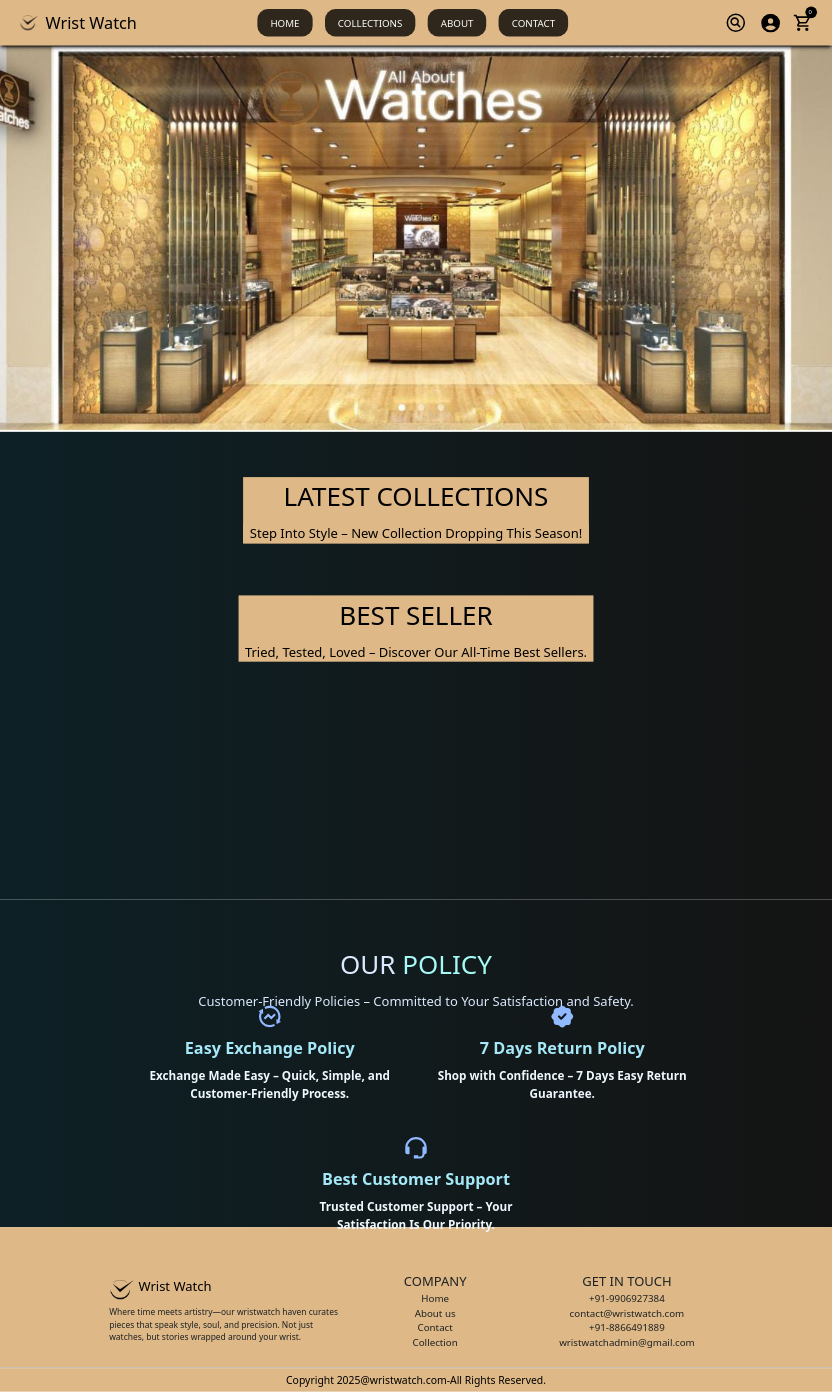
Repository: mansibhanushali/online_watch_ecommerce_mernstack_webapplication
Page: / (app in frontend/)
These files come from the project's save history. The page is drawn as it stood at one moment and after the next save; the edit follows.
The browser window is 1280 px wide. The pictures show the whole page, at 65% of full size.
The page's requests for data from a server got no answer. The project was rebuilt for these pictures with package versions that can differ from the ones it lists, and the page was loaded fresh each time. No one was signed in, and anything a server would have sent is missing. Also part of the build but not shown: frontend/vite.config.js, frontend/src/component/Loading.jsx, frontend/src/pages/Registration.jsx, frontend/src/component/Card.jsx, frontend/src/pages/Login.jsx, frontend/src/pages/About.jsx, frontend/src/pages/Collections.jsx, frontend/src/pages/Contact.jsx and 6 more.

Above is the page before, as saved 2025-08-16 16:52:13.

After the next save:
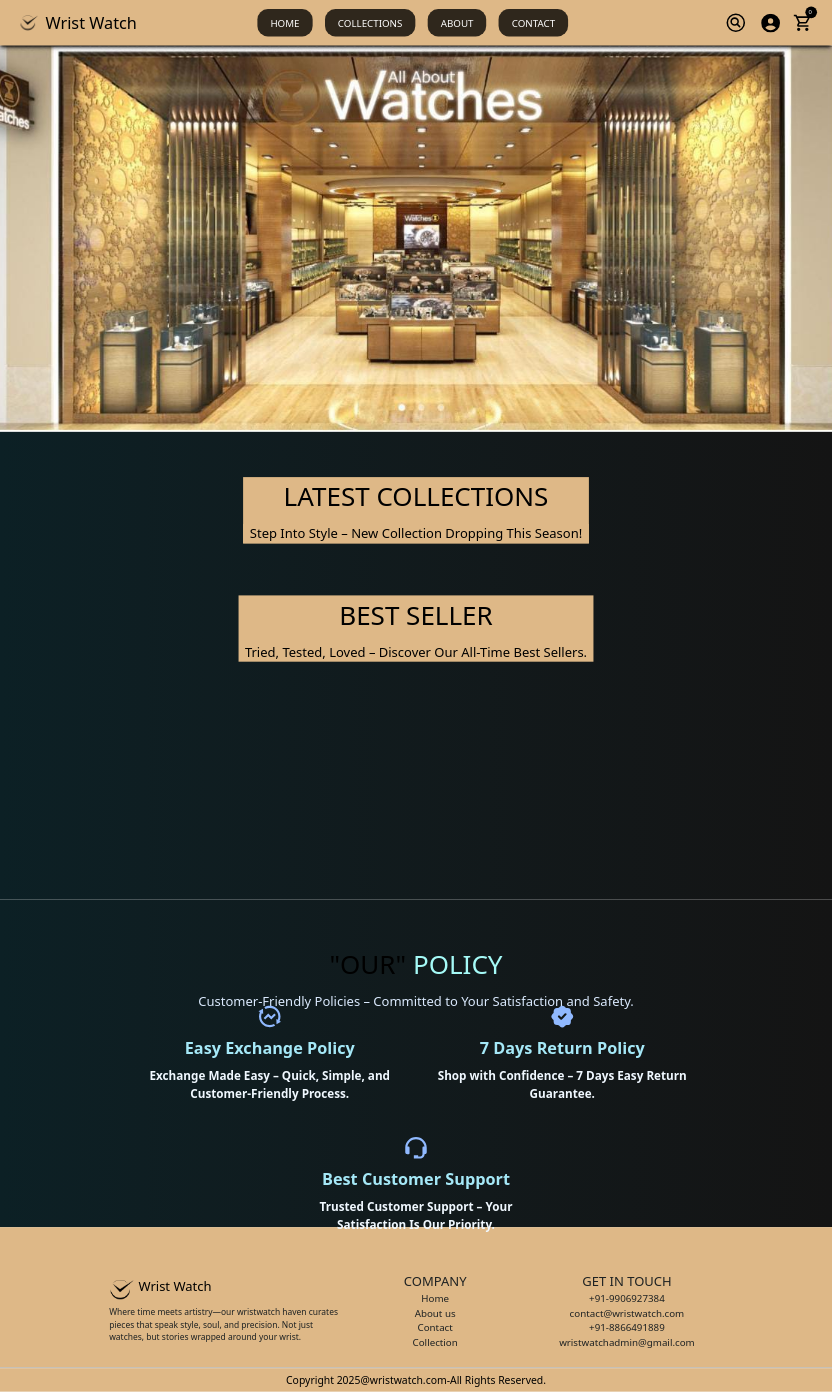
Saved 119 s later.
--- a/frontend/src/component/OurPolicy.jsx
+++ b/frontend/src/component/OurPolicy.jsx
@@ -8,7 +8,7 @@ function OurPolicy() {
   return (
     <div className='w-[100vw] h-[100vh] md:h-[70vh] flex items-center justify-start flex-col  bg-gradient-to-l from-[#141414] to-[#0c2025] gap-[50px] '>
         <div className='h-[8%] w-[100%] text-center mt-[70px] '>
-            <Title text1={"OUR"} text2={"POLICY"}/>
+            <Title text1={<span className='text-[black]'>"OUR"</span>} text2={"POLICY"}/>
             <p className='w-[100%] m-auto text-[13px] md:text-[20px] px-[10px] text-blue-100 '>Customer-Friendly Policies – Committed to Your Satisfaction and Safety.</p>
         </div>
       <div className='w-[100%] md:min-h-[50%] h-[20%] flex items-center justify-center flex-wrap lg:gap-[50px] gap-[80px]'>
